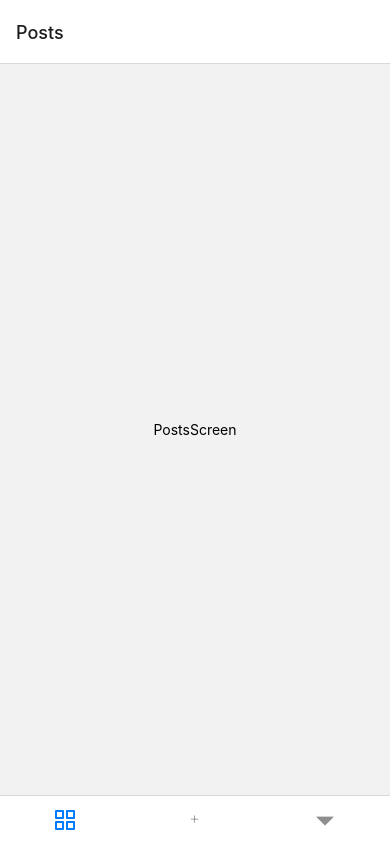
Repository: mitru0217/rn-hw
Screen: /
These files come from the project's save history. The screen is drawn as it stood at one moment and after a run of saves; the edit follows.
The app was drawn by React Native's web renderer in a window 390 px wide. The project was rebuilt for these pictures with package versions that can differ from the ones it lists, and the page was loaded fresh each time. Some packages were replaced by stand-ins written for this rebuild. Also part of the build but not shown: Screens/auth/RegistrationScreen.js, Screens/auth/LoginScreen.js, Screens/main/CreatePostsScreen.js, Screens/main/ProfileScreen.js.

Above is the screen before, as saved 2023-03-25 12:15:25.

### App.js
import React, { useState, useEffect } from "react";
import * as Font from "expo-font";
import "react-native-gesture-handler";

import { NavigationContainer } from "@react-navigation/native";
import { userRoute } from "./components/router";

export default function App() {
  const [isReady, setIsReady] = useState(false);
  // const routing = userRoute(null);
  const routing = userRoute({});

  useEffect(() => {
    async function loadFonts() {
      try {
        await Font.loadAsync({
          "Roboto-Regular": require("./assets/fonts/Roboto-Regular.ttf"),
          "Roboto-Bold": require("./assets/fonts/Roboto-Bold.ttf"),
          "Roboto-Medium": require("./assets/fonts/Roboto-Medium.ttf"),
        });
      } catch (e) {
        console.warn(e);
      } finally {
        setIsReady(true);
      }
    }
    loadFonts();
  }, []);

  if (!isReady) {
    return null; // или можно отображать индикатор загрузки
  }

  return <NavigationContainer>{routing}</NavigationContainer>;
}

### components/router.js
import React from "react";
import { createStackNavigator } from "@react-navigation/stack";
import { createBottomTabNavigator } from "@react-navigation/bottom-tabs";

//import Icons
import { Feather } from "@expo/vector-icons";
import { Ionicons } from "@expo/vector-icons";

import RegistrationScreen from "../Screens/auth/RegistrationScreen";
import LoginScreen from "../Screens/auth/LoginScreen";
import PostsScreen from "../Screens/main/PostsScreen";
import CreatePostsScreen from "../Screens/main/CreatePostsScreen";
import ProfileScreen from "../Screens/main/ProfileScreen";

const AuthStack = createStackNavigator();
const MainTab = createBottomTabNavigator();

export const userRoute = (isAuth) => {
  if (!isAuth) {
    return (
      <AuthStack.Navigator>
        <AuthStack.Screen
          options={{ headerShown: false }}
          name='Register'
          component={RegistrationScreen}
        />
        <AuthStack.Screen
          options={{ headerShown: false }}
          name='Login'
          component={LoginScreen}
        />
      </AuthStack.Navigator>
    );
  }
  return (
    <MainTab.Navigator screenOptions={{ tabBarShowLabel: false }}>
      <MainTab.Screen
        options={{
          tabBarIcon: ({ focused, size, color }) => (
            <Feather name='grid' size={24} color={color} />
          ),
        }}
        name='Posts'
        component={PostsScreen}
      />
      <MainTab.Screen
        options={{
          tabBarIcon: ({ focused, size, color }) => (
            <Ionicons name='add' size={13} color={color} />
          ),
        }}
        name='Create'
        component={CreatePostsScreen}
      />
      <MainTab.Screen name='Profile' component={ProfileScreen} />
    </MainTab.Navigator>
  );
};

### Screens/main/PostsScreen.js
import React from "react";
import { View, Text, StyleSheet } from "react-native";

const PostsScreen = () => {
  return (
    <View style={styles.container}>
      <Text>PostsScreen</Text>
    </View>
  );
};

const styles = StyleSheet.create({
  container: {
    flex: 1,
    alignItems: "center",
    justifyContent: "center",
  },
});

export default PostsScreen;

After the next 2 saves:
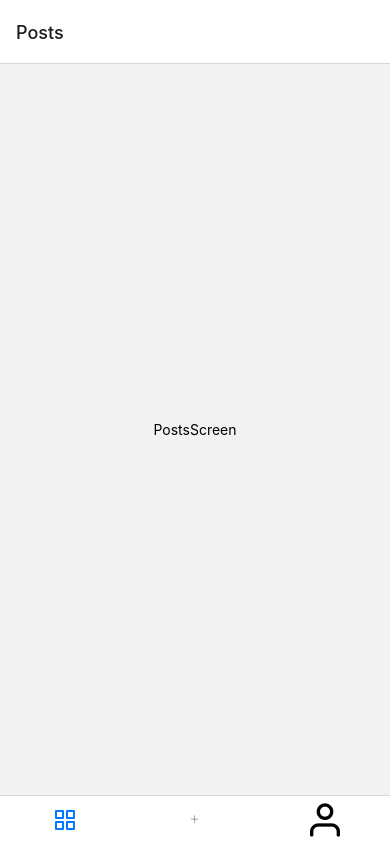
The 2 saves are shown as one change because 1 did not build or start.
The last was saved 2 min 48 s later.
--- a/components/router.js
+++ b/components/router.js
@@ -5,6 +5,7 @@ import { createBottomTabNavigator } from "@react-navigation/bottom-tabs";
 //import Icons
 import { Feather } from "@expo/vector-icons";
 import { Ionicons } from "@expo/vector-icons";
+// import { Feather } from "@expo/vector-icons";
 
 import RegistrationScreen from "../Screens/auth/RegistrationScreen";
 import LoginScreen from "../Screens/auth/LoginScreen";
@@ -52,7 +53,15 @@ export const userRoute = (isAuth) => {
         name='Create'
         component={CreatePostsScreen}
       />
-      <MainTab.Screen name='Profile' component={ProfileScreen} />
+      <MainTab.Screen
+        options={{
+          tabBarIcon: ({ focused, size, color }) => (
+            <Feather name='user' size={40} color='black' />
+          ),
+        }}
+        name='Profile'
+        component={ProfileScreen}
+      />
     </MainTab.Navigator>
   );
 };
